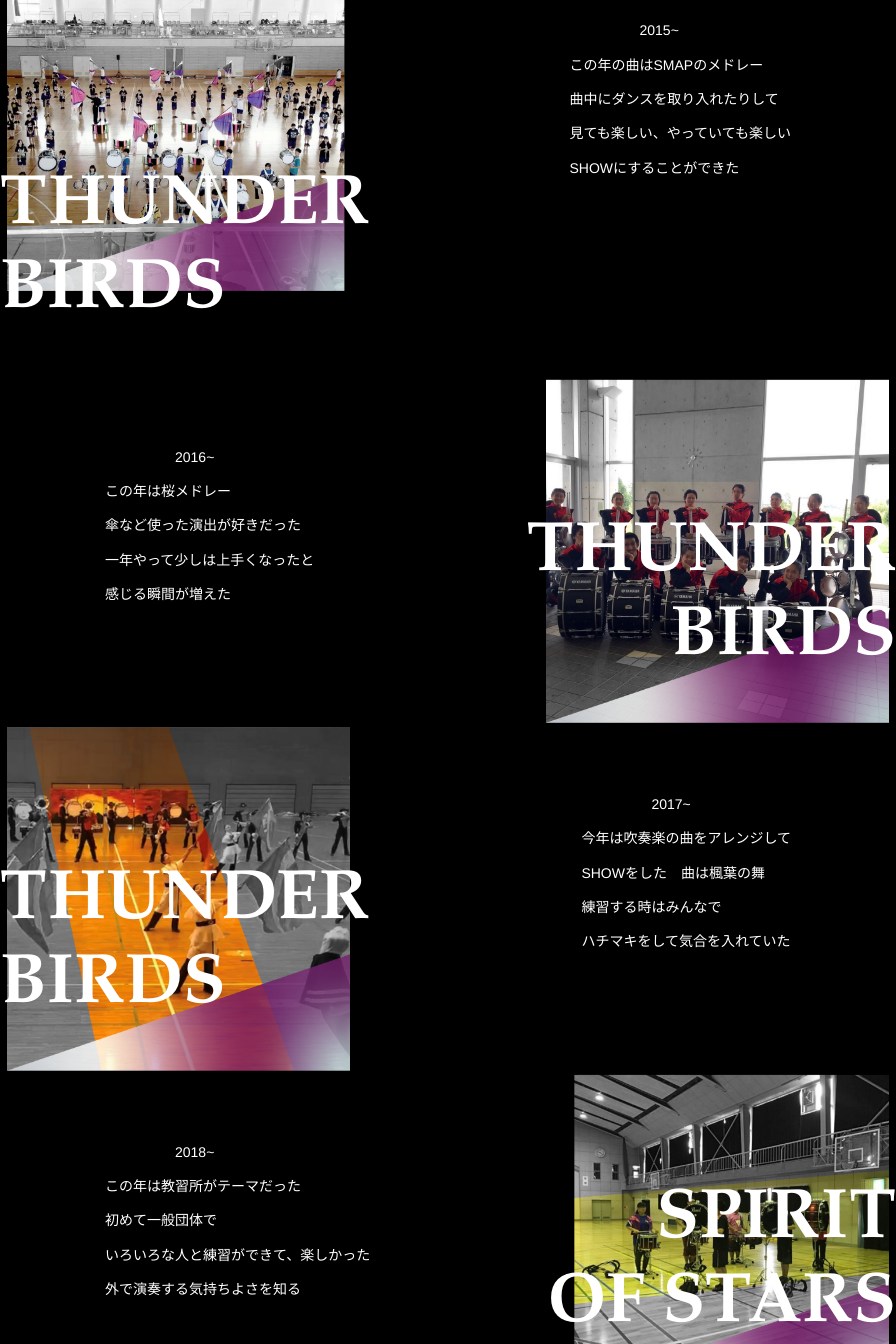
Repository: yutosoma/profile
Page: yuto/marching.html
The author's editor kept a record of every edit. The page is drawn from the files as they stood at one moment, then again after the next edit.
The browser window is 1280 px wide. The pictures show the part of the page from y = 741 to 2661 px (the page is 3766 px tall), at 70% of full size.

Above is the page before.

### yuto/marching.html
<!DOCTYPE html>
<html lang="en">
<head>
    <meta charset="UTF-8">
    <link rel="stylesheet" href="marching.css">
    <meta name="viewport" content="width=device-width, initial-scale=1.0">
    <meta http-equiv="X-UA-Compatible" content="ie=edge">
    <title>マーチング</title>
</head>

<body>
    <h1>MARCHING HISTORY</h1>
    <div class ="top-container-left">
         <P id="fadein1" class="fadein-before"><img src="image/mar1.png" class= "mar1"></P>
         <div class="explanation-left">
           <p>　　　　　2015~</p>
           <p>この年の曲はSMAPのメドレー</p>
           <P>曲中にダンスを取り入れたりして</P>
           <P>見ても楽しい、やっていても楽しい</P>
           <p>SHOWにすることができた</p>

         </div>
   </div>
   <button id="scroll-to-top-btn">≫</button>
   <h3 class="left">THUNDER<span class="br"></span> BIRDS</h3>
    <div class ="top-container-right">
         <div class="explanation-right">
          <P>　　　　　2016~</P>
          <P>この年は桜メドレー</P>
          <P>傘など使った演出が好きだった</P>
          <P>一年やって少しは上手くなったと</P>
          <p>感じる瞬間が増えた</p>
         </div>
         <P id="fadein2" class="fadein-before"><img src="image/mar2.png" class= "mar2"></P>
   </div>
   <h3 class="right">THUNDER<span class="br"></span> BIRDS</h3>
    <div class ="top-container-left">
         <P id="fadein3" class="fadein-before"><img src="image/mar3.png" class= "mar3"></P>
         <div class="explanation-left">
           <P>　　　　　2017~</P>
           <P>今年は吹奏楽の曲をアレンジして</P>
           <P>SHOWをした　曲は楓葉の舞</P>
           <P>練習する時はみんなで</P>
           <P>ハチマキをして気合を入れていた</P>
         </div>
   </div>
   <h3 class="left">THUNDER<span class="br"></span> BIRDS</h3>
    <div class ="top-container-right">
         <div class="explanation-right">
          <P>　　　　　2018~</P>
          <P>この年は教習所がテーマだった</P>
          <P>初めて一般団体で</P>
          <P>いろいろな人と練習ができて、楽しかった</P>
          <p>外で演奏する気持ちよさを知る</p>
         </div>
         <P id="fadein4" class="fadein-before"><img src="image/mar4.png" class= "mar4"></P>
    </div>
   <h3 class="right">SPIRIT<span class="br"></span>OF STARS</h3>

    <div class ="top-container-left">
         <P id="fadein5" class="fadein-before"><img src="image/mar5.png" class= "mar5"></P>
         <div class="explanation-left">
           <P>　　　　　2019~</P>
           <P>この年は学校がテーマだった</P>
           <P>日焼け止めを塗らずに</P>
           <P>練習をしていたので</P>
           <P>練習終わりはいつも真っ黒だった</P>
         </div>
   </div>
   <h3 class="left">SPIRIT<span class="br"></span> OF STAR</h3>
   <div class ="top-container-right">
         <div class="explanation-right">
          <P>　　　　　2020~</P>
          <P>この年は、戦がテーマだった</P>
          <P>栃木県まで練習しにいく</P>
          <P>初めて全国大会に出場することできて</P>
          <p>続けてよかったなと思った。</p>
         </div>
         <P id="fadein6" class="fadein-before"><img src="image/mar6.png" class= "mar6"></P>
    </div>
    <h3 class="right">SATUKI<span class="br"></span>　DREAMERS</h3>

    <script src="marching.js"></script>

   <footer>
        <small>ⓒ2022 yuto<small>
    </footer>

</body>
</html>

### yuto/marching.css
body{
 margin:0;
 background-color: black;
 font-family: 'Avenir','Helvetica Neue','Helvetica','Arial','Hiragino Sans','ヒラギノ角ゴシック',YuGothic,'Yu Gothic','メイリオ', Meiryo,'ＭＳ Ｐゴシック','MS PGothic'
}
.top-container-right {
display: flex;
margin-bottom: 200px;
text-align: right;
}
.top-container-left {
display: flex;
margin-bottom: 200px;
}
.mar1, .mar2, .mar3, .mar4, .mar5, .mar6 {
  padding: 10px;
  width: 50%;
}
.fadein-before{
    opacity: 0;
    transform:translateX(-50px);
    transition:opacity 1s,transform 1s;
}
.fadein-after{
    opacity: 1;
    transform: translate(0);
}
h1 {
    color: white;
    font-size: 190px;
    text-align: center;
    animation: blink-fast .3s linear infinite;
    font-family:"Book Antiqua";
    margin-bottom: 250px;
}
@keyframes blink-fast {
  0% {
    opacity: 0;
  }
  10% {
    opacity: 1;
  }
}


h3 {
  position: relative;
  bottom: 400px;
  font-size: 130px;
  text-align: center;
  margin-bottom: -200px;
  color: white;
  font-family:"Book Antiqua";
}
.explanation-left {
    color: white;
    position: relative;
    right:150px;
    top:100px;
    font-size: 20px;
    white-space: nowrap;

}
.explanation-right {
    color: white;
    position: relative;
    left:150px;
    top:100px;
    margin-bottom: 100px;
    font-size: 20px;
    white-space: nowrap;
    text-align: left;
}
footer {
    margin-top: 30px;
    background-color:#652a60;
    font-color: black;
    font-size: 20px;
    text-align: center;
}


@media screen and (max-width: 1327px) {
  h1 {
    color: white;
    font-size: 130px;
    text-align: center;
    animation: blink-fast .3s linear infinite;
    font-family:"Book Antiqua";
    margin-bottom: 250px;
}
  .left {
  position: relative;
  bottom: 530px;
  font-size: 100px;
  text-align: left;
  margin-bottom: -490px;
  color: white;
  font-family:"Book Antiqua";
}
.right {
  position: relative;
  bottom: 530px;
  font-size: 100px;
  text-align: right;
  margin-bottom: -490px;
  color: white;
  font-family:"Book Antiqua";
}
.br::after {
    content: "\A";
    white-space: pre;
}
}
@media screen and (max-width: 1090px) {
 .explanation-left {
    color: white;
    position: relative;
    right:50px;
    top:100px;
    margin-bottom: 100px;
    font-size: 20px;
    white-space: nowrap;

}
.explanation-right {
    color: white;
    position: relative;
    left:50px;
    top:100px;
    margin-bottom: 100px;
    font-size: 20px;
    white-space: nowrap;
    text-align: left;
}
 .left {
  position: relative;
  bottom: 530px;
  font-size: 100px;
  text-align: left;
  margin-bottom: -490px;
  color: white;
  font-family:"Book Antiqua";
}


}

### yuto/marching.js
const FADEIN_ELEM1 = document.getElementById('fadein1');

window.addEventListener('scroll', () => {
    const FADEIN_ELEM_TOP = FADEIN_ELEM1.getBoundingClientRect().top;
    const WINDOW_HEIGHT = window.innerHeight;
    if (WINDOW_HEIGHT > (FADEIN_ELEM_TOP + 200)) {
        FADEIN_ELEM1.classList.add('fadein-after');
    }else{
        FADEIN_ELEM1.classList.remove('fadein-after');
    }
});
/*---------------------------------------------------------*/
const FADEIN_ELEM2 = document.getElementById('fadein2');

window.addEventListener('scroll', () => {
    const FADEIN_ELEM_TOP = FADEIN_ELEM2.getBoundingClientRect().top;
    const WINDOW_HEIGHT = window.innerHeight;
    if (WINDOW_HEIGHT > (FADEIN_ELEM_TOP + 200)) {
        FADEIN_ELEM2.classList.add('fadein-after');
    }else{
        FADEIN_ELEM2.classList.remove('fadein-after');
    }
});
/*---------------------------------------------------------*/
const FADEIN_ELEM3 = document.getElementById('fadein3');

window.addEventListener('scroll', () => {
    const FADEIN_ELEM_TOP = FADEIN_ELEM3.getBoundingClientRect().top;
    const WINDOW_HEIGHT = window.innerHeight;
    if (WINDOW_HEIGHT > (FADEIN_ELEM_TOP + 200)) {
        FADEIN_ELEM3.classList.add('fadein-after');
    }else{
        FADEIN_ELEM3.classList.remove('fadein-after');
    }
});
/*---------------------------------------------------------*/
const FADEIN_ELEM4 = document.getElementById('fadein4');

window.addEventListener('scroll', () => {
    const FADEIN_ELEM_TOP = FADEIN_ELEM4.getBoundingClientRect().top;
    const WINDOW_HEIGHT = window.innerHeight;
    if (WINDOW_HEIGHT > (FADEIN_ELEM_TOP + 200)) {
        FADEIN_ELEM4.classList.add('fadein-after');
    }else{
        FADEIN_ELEM4.classList.remove('fadein-after');
    }
});
/*---------------------------------------------------------*/
const FADEIN_ELEM5 = document.getElementById('fadein5');

window.addEventListener('scroll', () => {
    const FADEIN_ELEM_TOP = FADEIN_ELEM5.getBoundingClientRect().top;
    const WINDOW_HEIGHT = window.innerHeight;
    if (WINDOW_HEIGHT > (FADEIN_ELEM_TOP + 200)) {
        FADEIN_ELEM5.classList.add('fadein-after');
    }else{
        FADEIN_ELEM5.classList.remove('fadein-after');
    }
});
/*---------------------------------------------------------*/
const FADEIN_ELEM6 = document.getElementById('fadein6');

window.addEventListener('scroll', () => {
    const FADEIN_ELEM_TOP = FADEIN_ELEM6.getBoundingClientRect().top;
    const WINDOW_HEIGHT = window.innerHeight;
    if (WINDOW_HEIGHT > (FADEIN_ELEM_TOP + 200)) {
        FADEIN_ELEM6.classList.add('fadein-after');
    }else{
        FADEIN_ELEM6.classList.remove('fadein-after');
    }
});
/*---------------------------------------------------------*/
const scroll_to_top_btn = document.querySelector('#scroll-to-top-btn');
scroll_to_top_btn.addEventListener( 'click' , scroll_to_top );

function scroll_to_top(){
	window.scroll({top: 0, behavior: 'smooth'});
};

window.addEventListener( 'scroll' , scroll_event );

function scroll_event(){

	if(window.pageYOffset > 400){
		scroll_to_top_btn.style.opacity = '1';
	}else	if(window.pageYOffset < 400){
		scroll_to_top_btn.style.opacity = '0';
	}

};

After the next edit:
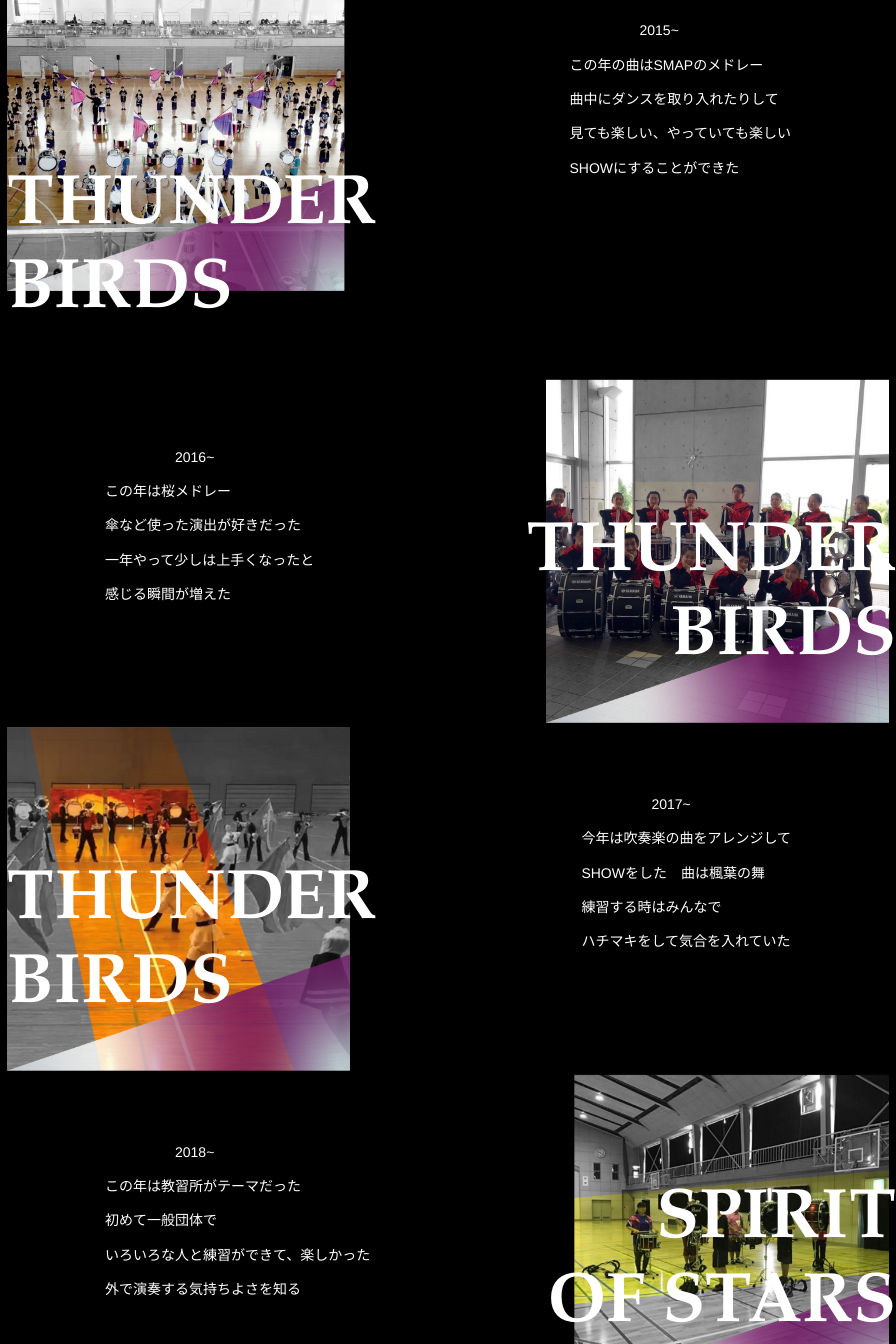
The edit:
--- a/yuto/marching.css
+++ b/yuto/marching.css
@@ -90,6 +90,7 @@
     margin-bottom: 250px;
 }
   .left {
+    padding-left: 10px;
   position: relative;
   bottom: 530px;
   font-size: 100px;
